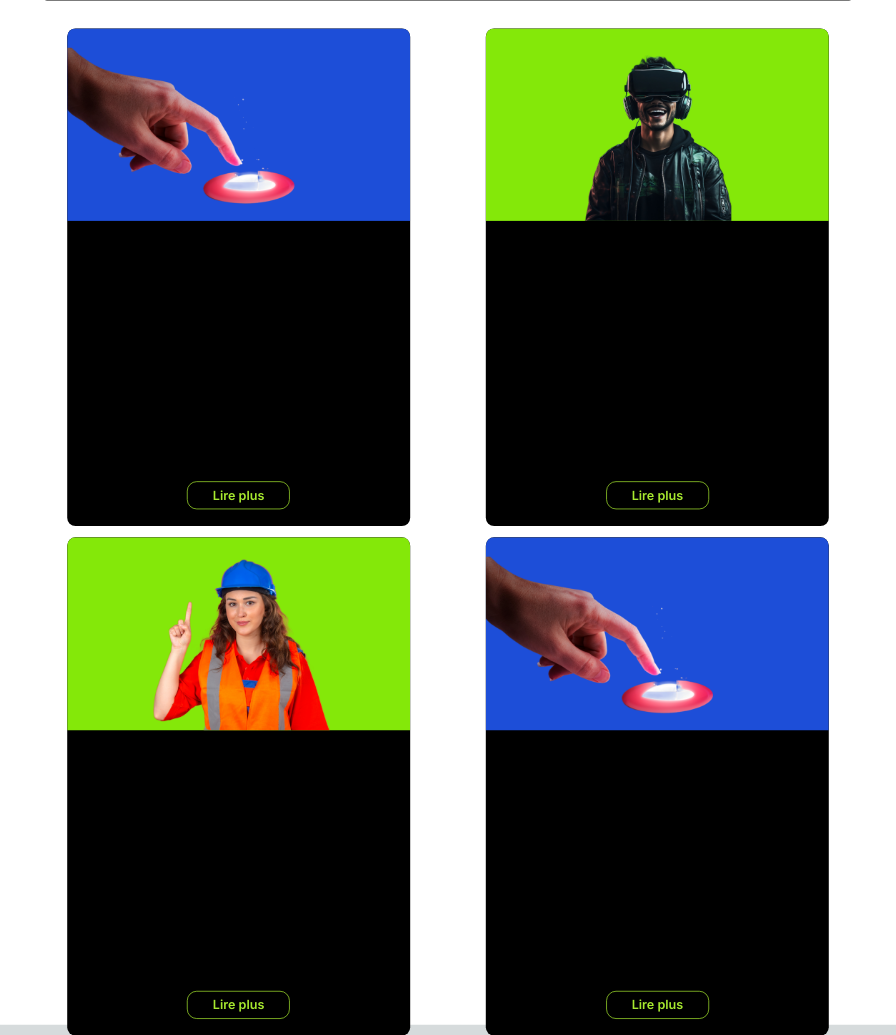
Repository: NassimeElkamari/test
Page: /blogs
These files come from the project's save history. The page is drawn as it stood at one moment and after the next save; the edit follows.
The browser window is 1280 px wide. The pictures show the part of the page from y = 652 to 2552 px (the page is 2131 px tall before and 6708 px after), at 70% of full size.
The project was rebuilt for these pictures with package versions that can differ from the ones it lists, and the page was loaded fresh each time. The framework's server and built-in components were replaced by stand-ins that run in the browser. Also part of the build but not shown: next.config.mjs.

Above is the page before, as saved 2024-06-12 16:03:50.

### src/app/blogs/page.tsx
import Image from 'next/image';
import React from 'react';
import { MdDateRange } from "react-icons/md";
import BlogCard from '../../components/BlogCard';
import { cardData } from '../../data/cardData';


const Blog = () => {
  return (
    <div className='bg-white'>
      <div className='flex justify-center'>
        <h1 className="text-4xl font-bold text-center">Blog</h1>
      </div>
      <div className="relative w-[92vw] h-[85vh] mx-auto  overflow-hidden bg-black  pt-5 pl-8 flex flex-col justify-start rounded-2xl">
        <Image
          src="/bgImage.jpg"
          layout="fill"
          objectFit="cover"
          objectPosition="top"
          quality={100}
          alt="Background Image"
          className="opacity-30 bg-black"
        />
        <div className="absolute inset-0 flex flex-col justify-center text-white mt-[6%] p-4 pl-8">
          <h1 className="text-[52px] font-semibold mb-4">
          Ouvrez les portes de la connaissance <br /> avec nos Blogs stimulants
          </h1>
          <p className="text-[17px] mb-8">
          Découvrez les dernières actualités de 2peerfect dans une multitude de domaines passionnants. <br />Plongez-vous dans nos articles pour rester à jour sur les tendances les plus récentes en technologie, <br /> santé mentale, Design, Business, et bien plus encore. Avec une expertise diversifiée et des perspectives variées,<br /> 2peerfect vous offre un aperçu complet et captivant des développements les plus récents à travers différents secteurs.<br /> Ne manquez rien de ce qui se passe dans le monde, suivez 2peerfect pour rester informé et inspiré.
          </p>
          <div className="flex flex-wrap justify-between space-x-4 w-[80%]">
            <div className="bg-transparent rounded-lg shadow-md w-[15%] h-10 mb-4 border border-[#A7E92F] flex items-center justify-center">
              <h2 className="text-lg font-semibold text-center">Marketing</h2>
            </div>
            <div className="bg-transparent rounded-lg shadow-md w-[15%] h-10 mb-4 border border-[#A7E92F] flex items-center justify-center">
              <h2 className="text-lg font-semibold text-center">Design</h2>
            </div>
            <div className="bg-transparent rounded-lg shadow-md w-[15%] h-10 mb-4 border border-[#A7E92F] flex items-center justify-center">
              <h2 className="text-lg font-semibold text-center">Business</h2>
            </div>
            <div className="bg-transparent rounded-lg shadow-md w-[15%] h-10 mb-4 border border-[#A7E92F] flex items-center justify-center">
              <h2 className="text-lg font-semibold text-center">IT</h2>
            </div>
            <div className="bg-transparent rounded-lg shadow-md w-[15%] text-center h-10 mb-4 border border-[#A7E92F] flex items-center justify-center">
              <h2 className="text-lg font-semibold">Psychologie</h2>
            </div>


            {/* Add more cards as needed */}
          </div>
        </div>
      </div>
      <div className='second-section w-[85vw] mx-auto mt-10 flex justify-center'>
      <div className="flex flex-wrap gap-4 justify-between ">
      {cardData.map((card) => (
                  <BlogCard
                    imageSrc={card.imageSrc}
                    title={card.title}
                    description={card.description}
                    date={card.date}
                    color={card.background}
                  />
              ))}
      </div>

    </div>



    </div>
  );
};

export default Blog;

### src/components/BlogCard.tsx
import Image from 'next/image'
import React from 'react'
import { MdDateRange } from "react-icons/md";


const BlogCard = ({ imageSrc, title, description, date , color}) => {
  return (
    <div className='w-[45%] h-[50%] bg-black rounded-xl flex flex-col'>
    <div className="w-[100%] h-2/5 relative">
        <Image
        src={imageSrc}
        layout='responsive'
        height={100}
        width={100}
        alt="Card Image"
        className="w-full h-full rounded-t-xl "
        style={{backgroundColor: `${color}`}}
        />
    </div>
    <div className="pt-14 flex justify-center items-center flex-col px-5">
        <h1 className="text-[32px] font-semibold">{title}</h1>
        <p className="text-md mt-5">{description}</p>
    </div>
    <div className="flex items-center justify-end mt-10 mr-2">
        <MdDateRange width={70} height={70} className='mr-4'/>
        <p className="mr-2">{date}</p>
    </div>
    <div className="flex justify-center mt-8 mb-6"> {/* Added justify-center class */}
        <button className="bg-black rounded-[14px] shadow-md w-[30%] text-center h-10 border border-[#A7E92F] flex items-center justify-center">
        <h2 className="text-lg font-semibold text-[#A7E92F]">Lire plus</h2> {/* Added text-white class */}
        </button>
    </div>
    </div>
  )
}

export default BlogCard

### src/data/cardData.js
export const cardData = [
  {
    id: 1,
    imageSrc: "/card11.png",
    title: "L'impact des médias sociaux sur la santé mental",
    description: "Discuter de la façon dont les likes, les commentaires et les partages peuvent devenir une mesure de notre valeur personnelle, et comment cela peut affecter notre estime de soi et notre bien-être émotionnel...",
    date: "11 Décembre 2023",
    background: '#1D4ED8' // Background color for the first card
  },
  {
    id: 2,
    imageSrc: "/card22.png",
    title: "L’inovation technologique dans l’éducation",
    description: "Reconnaître les défis liés à l'intégration de la technologie dans l'éducation, tels que l'accès inégal aux ressources technologiques et les préoccupations concernant la dépendance excessive à la technologie...",
    date: "11 Décembre 2023",
    background: '#84e809' // Background color for the second card
  },
  {
    id: 3,
    imageSrc: "/card33.png",
    title: "L’inovation technologique dans l’éducation",
    description: "Reconnaître les défis liés à l'intégration de la technologie dans l'éducation, tels que l'accès inégal aux ressources technologiques et les préoccupations concernant la dépendance excessive à la technologie...",
    date: "11 Décembre 2023",
    background: '#84e809' // Background color for the third card
  },
  {
    id: 4,
    imageSrc: "/card11.png",
    title: "L'impact des médias sociaux sur la santé mental",
    description: "Discuter de la façon dont les likes, les commentaires et les partages peuvent devenir une mesure de notre valeur personnelle, et comment cela peut affecter notre estime de soi et notre bien-être émotionnel...",
    date: "11 Décembre 2023",
    background: '#1D4ED8' // Background color for the fourth card
  },
];

Loaded but not shown: src/app/layout.tsx (common file); src/app/globals.css (common file); tailwind.config.ts (common file)

After the next save:
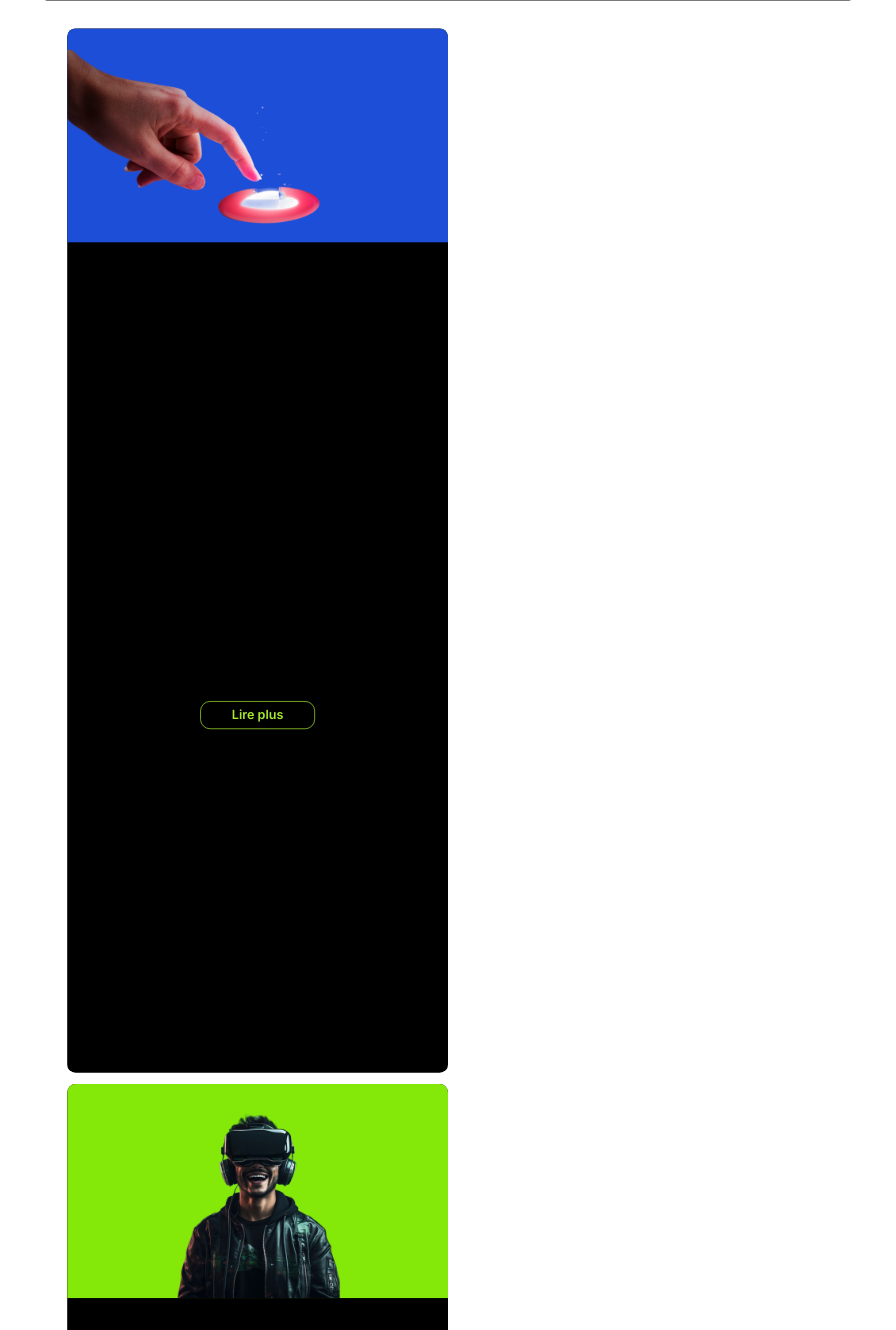
Saved 72 s later.
--- a/src/components/BlogCard.tsx
+++ b/src/components/BlogCard.tsx
@@ -5,7 +5,7 @@
 
 const BlogCard = ({ imageSrc, title, description, date , color}) => {
   return (
-    <div className='w-[45%] h-[50%] bg-black rounded-xl flex flex-col'>
+    <div className='w-[50%] h-[50%] bg-black rounded-xl flex flex-col'>
     <div className="w-[100%] h-2/5 relative">
         <Image
         src={imageSrc}

After the save that followed:
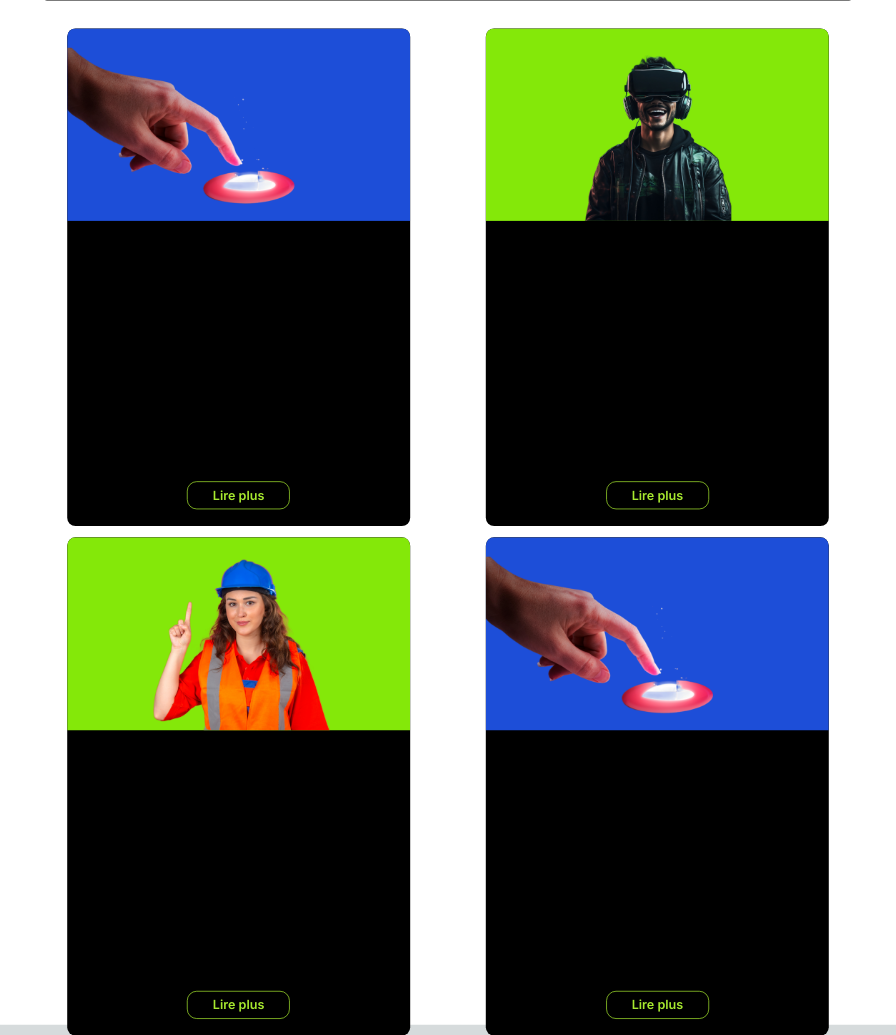
Saved 15 s later.
--- a/src/components/BlogCard.tsx
+++ b/src/components/BlogCard.tsx
@@ -5,7 +5,7 @@
 
 const BlogCard = ({ imageSrc, title, description, date , color}) => {
   return (
-    <div className='w-[50%] h-[50%] bg-black rounded-xl flex flex-col'>
+    <div className='w-[45%] h-[50%] bg-black rounded-xl flex flex-col'>
     <div className="w-[100%] h-2/5 relative">
         <Image
         src={imageSrc}
